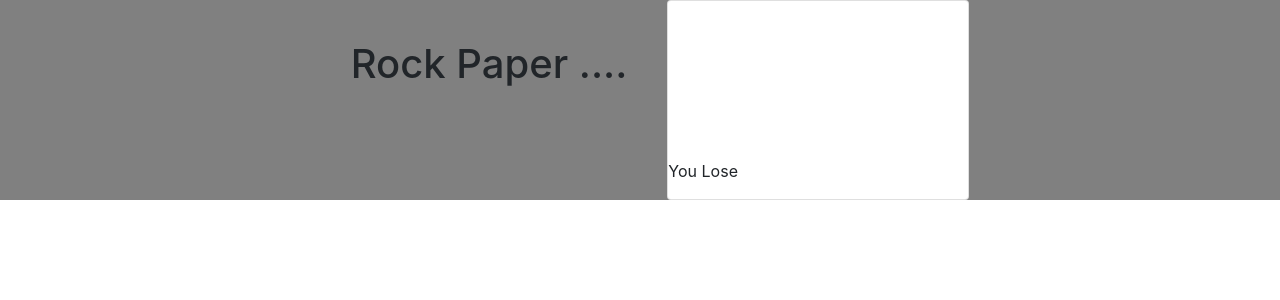
Repository: hossamsulleman1/Colllege-rock-paper-game
Page: outcome.html
An editor plug-in stored every save of this project. The page is shown before and after the next save, followed by the edit.
The browser window is 1280 px wide. The pictures show the whole page.

Above is the page before, as saved 2020-09-17 00:45:53.

After the next save:
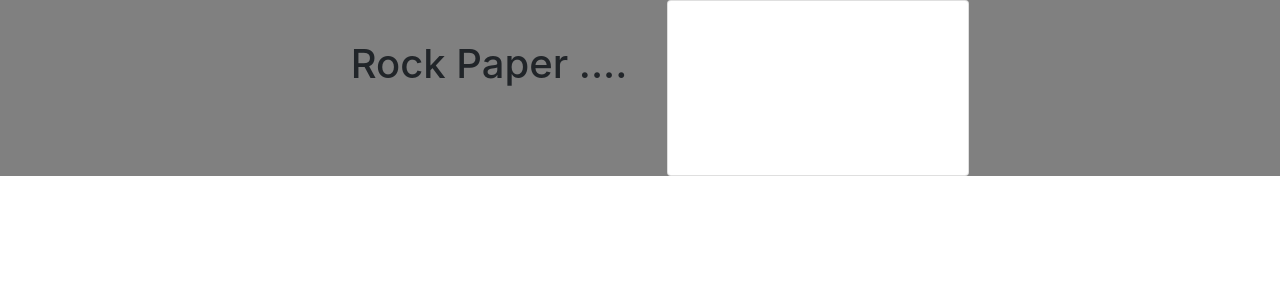
Saved 5 s later.
--- a/outcome.html
+++ b/outcome.html
@@ -22,7 +22,7 @@
 <!-- their chose as svg -->
 </Svg>
 
-<p>You Lose </p>
+<p> </p>
 
 
         </div>

After the save that followed:
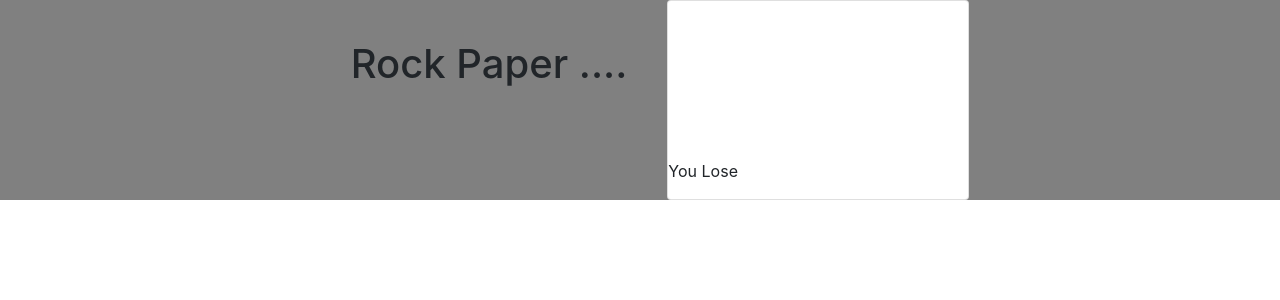
Saved 7 s later.
--- a/outcome.html
+++ b/outcome.html
@@ -22,7 +22,7 @@
 <!-- their chose as svg -->
 </Svg>
 
-<p> </p>
+<p>You Lose </p>
 
 
         </div>
